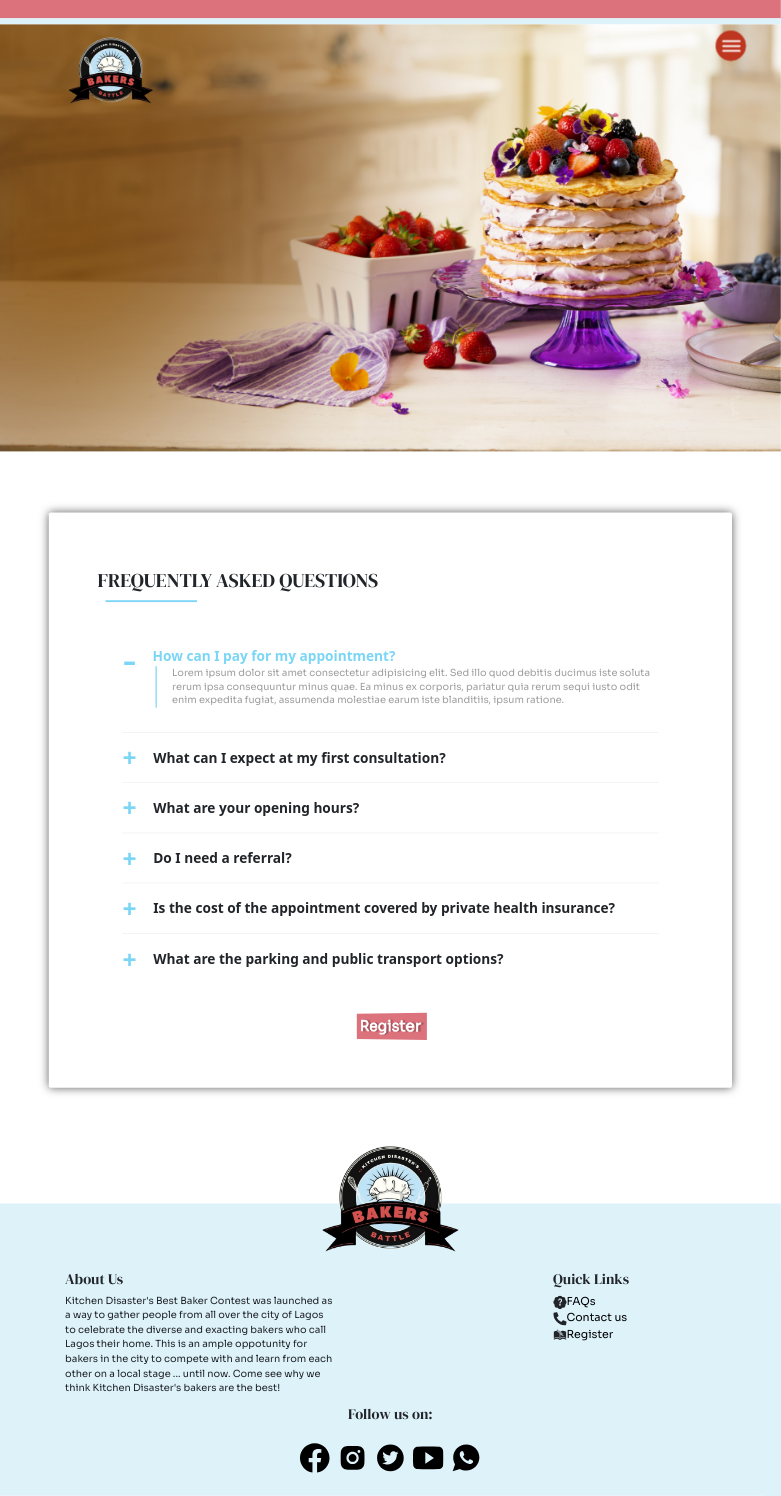
Repository: sarahnnanyelugo/bakers-battle
Page: /faq
An editor plug-in stored every save of this project. The page is shown before and after the next save, followed by the edit.
The browser window is 1280 px wide. The pictures show the whole page, at 61% of full size.
The project was rebuilt for these pictures with package versions that can differ from the ones it lists, and the page was loaded fresh each time. Also part of the build but not shown: src/components/ScreenSlide/slide.scss, src/components/ScreenSlide/ScreenSlide.js, src/pages/Home/home.scss, src/pages/Home/Home.js, src/components/Title.js, src/pages/Registration/registration.scss, src/components/FileUpload/file-upload.scss, src/components/FileUpload/FileUpload.js and 9 more.

Above is the page before, as saved 2024-07-17 22:27:48.

After the next save:
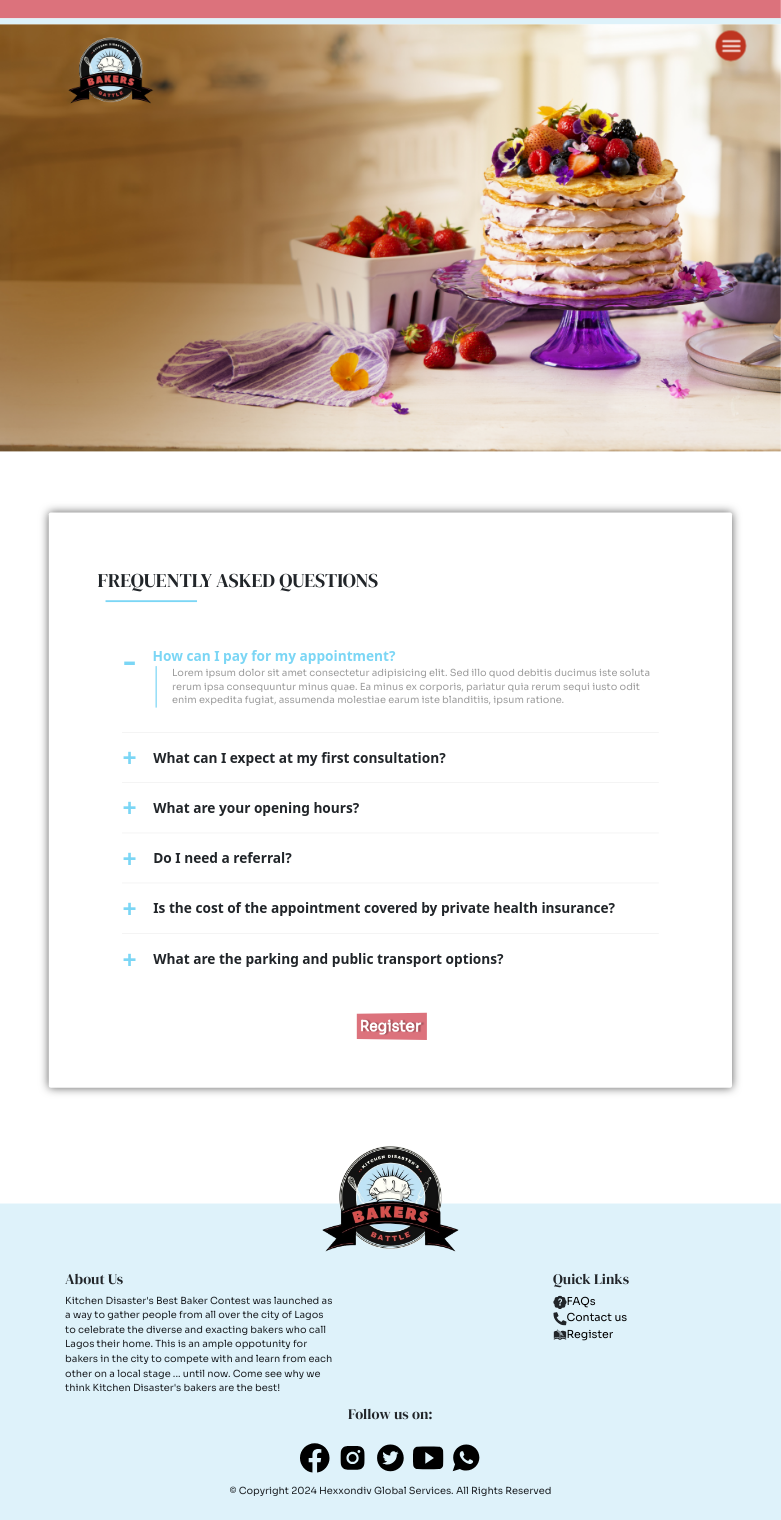
Saved 69 s later.
--- a/src/components/Footer/Footer.js
+++ b/src/components/Footer/Footer.js
@@ -82,7 +82,9 @@ export const Footer = () => {
           </li>
         </ul>
       </center>
-      <center></center>
+      <center>
+        <p>© Copyright 2024 Hexxondiv Global Services. All Rights Reserved</p>
+      </center>
     </footer>
   );
 };
